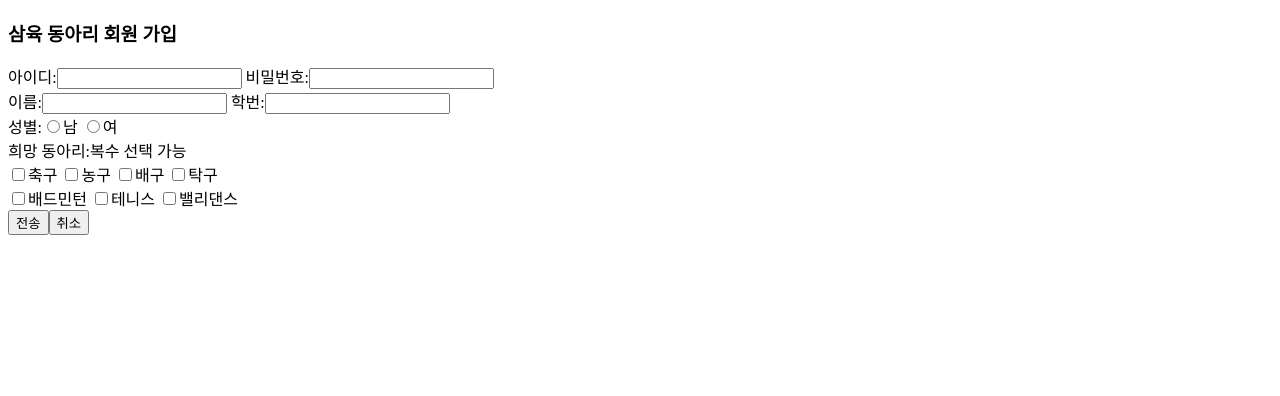
Repository: 2er0127/oracleSQL
Page: http://localhost/jsp/JSPFormTest01.jsp
The author's editor kept a copy of each file at every save. The page is drawn from the files as they stood at one save, then again after the next save.
The browser window is 1280 px wide. The pictures show the whole page.
The page is served by Tomcat 9.

Above is the page before, as saved 2020-11-30 14:03:24.

### jsp/Webapp/JSPFormTest01.jsp
<%@ page language="java" contentType="text/html; charset=UTF-8"
    pageEncoding="UTF-8"%>
<!DOCTYPE html>
<html>
<head>
<meta charset="UTF-8">
<title>Insert title here</title>
</head>
<body>
<h3>삼육 동아리 회원 가입 </h3>
<form action="JSPViewTest01.jsp" method="POST">
아이디:<input type="text" name="id">
비밀번호:<input type="password" name="pwd">
<br>
이름:<input type="text" name="name">
학번:<input type="text" name="hakbun">
<br>
성별:<input type="radio" name="s" value="남">남 <input type="radio" name="s" value="여">여
<br>
희망 동아리:복수 선택 가능
<br>
<input type="checkbox" name="dongahri" value="축구">축구
<input type="checkbox" name="dongahri" value="농구">농구
<input type="checkbox" name="dongahri" value="배구">배구
<input type="checkbox" name="dongahri" value="탁구">탁구
<br>
<input type="checkbox" name="dongahri" value="배드민턴">배드민턴
<input type="checkbox" name="dongahri" value="테니스">테니스
<input type="checkbox" name="dongahri" value="밸리댄스">밸리댄스
<br>

<input type="submit" value="전송"><input type="reset" value="취소">


</form>
</body>
</html>

After the next save:
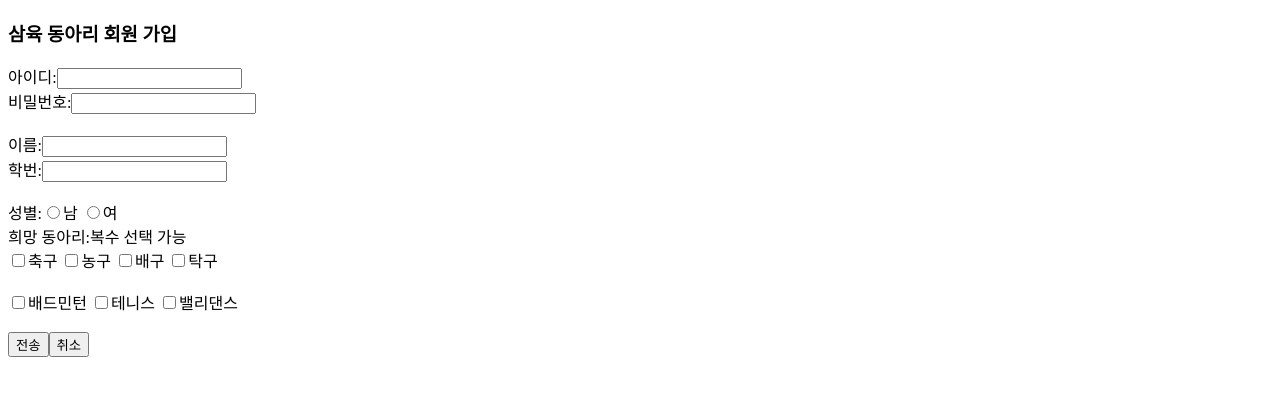
Saved 60 s later.
--- a/jsp/Webapp/JSPFormTest01.jsp
+++ b/jsp/Webapp/JSPFormTest01.jsp
@@ -9,11 +9,11 @@
 <body>
 <h3>삼육 동아리 회원 가입 </h3>
 <form action="JSPViewTest01.jsp" method="POST">
-아이디:<input type="text" name="id">
-비밀번호:<input type="password" name="pwd">
+아이디:<input type="text" name="id"><br>
+비밀번호:<input type="password" name="pwd"><br>
 <br>
-이름:<input type="text" name="name">
-학번:<input type="text" name="hakbun">
+이름:<input type="text" name="name"><br>
+학번:<input type="text" name="hakbun"><br>
 <br>
 성별:<input type="radio" name="s" value="남">남 <input type="radio" name="s" value="여">여
 <br>
@@ -22,11 +22,11 @@
 <input type="checkbox" name="dongahri" value="축구">축구
 <input type="checkbox" name="dongahri" value="농구">농구
 <input type="checkbox" name="dongahri" value="배구">배구
-<input type="checkbox" name="dongahri" value="탁구">탁구
+<input type="checkbox" name="dongahri" value="탁구">탁구 <br>
 <br>
 <input type="checkbox" name="dongahri" value="배드민턴">배드민턴
 <input type="checkbox" name="dongahri" value="테니스">테니스
-<input type="checkbox" name="dongahri" value="밸리댄스">밸리댄스
+<input type="checkbox" name="dongahri" value="밸리댄스">밸리댄스 <br>
 <br>
 
 <input type="submit" value="전송"><input type="reset" value="취소">
